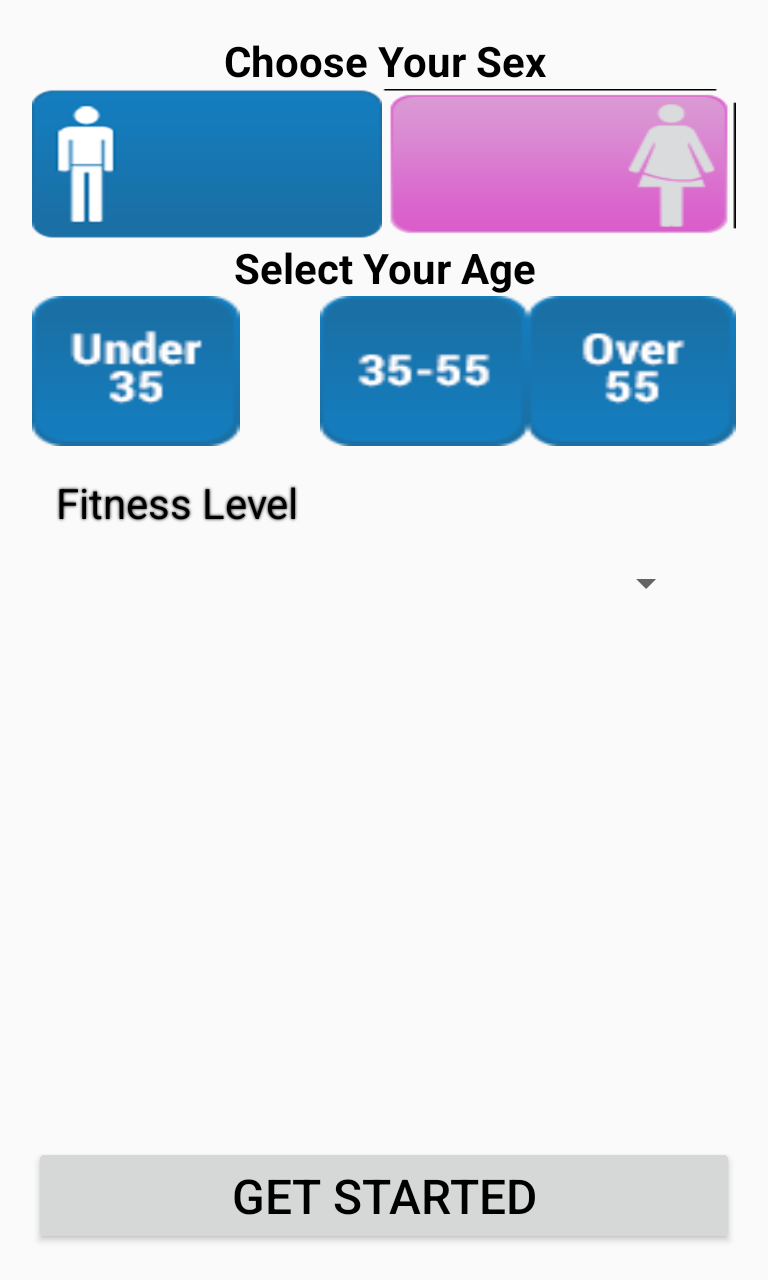
Repository: hackathon-2014/devdroid-repo
Layout: HealthyCompetition/res/layout/profile.xml
An editor plug-in stored every save of this project. The layout is shown before and after the next save, followed by the edit.
It is drawn on a 768 x 1280 px phone screen (xhdpi) without system bars, with theme AppTheme; the app's code is not run.

Above is the layout before, as saved 2014-08-24 00:53:08.

### HealthyCompetition/res/layout/profile.xml
<RelativeLayout xmlns:android="http://schemas.android.com/apk/res/android"
    xmlns:tools="http://schemas.android.com/tools"
    android:layout_width="match_parent"
    android:layout_height="match_parent"
    android:orientation="vertical"
    android:paddingBottom="@dimen/activity_vertical_margin"
    android:paddingLeft="@dimen/activity_horizontal_margin"
    android:paddingRight="@dimen/activity_horizontal_margin"
    android:paddingTop="@dimen/activity_vertical_margin"
    tools:context="com.devdroid.healthycomptest.Profile" >

    <TextView
        android:id="@+id/sex_title"
        android:layout_width="match_parent"
        android:layout_height="wrap_content"
        android:layout_centerHorizontal="true"
        android:gravity="center"
        android:text="Choose Your Sex"
        android:textColor="@color/black"
        android:textSize="21sp"
        android:textStyle="bold" />

    <LinearLayout
        android:id="@+id/sex_strip"
        android:layout_width="fill_parent"
        android:layout_height="wrap_content"
        android:layout_below="@+id/sex_title"
        android:orientation="horizontal" >

        <ImageButton
            android:id="@+id/male_button"
            android:layout_width="wrap_content"
            android:layout_height="75dp"
            android:layout_weight="1"
            android:background="@drawable/male_button" />

        <ImageButton
            android:id="@+id/female_button"
            android:layout_width="wrap_content"
            android:layout_height="75dp"
            android:layout_weight="1"
            android:background="@drawable/female_button_inactive9" />
    </LinearLayout>

    <TextView
        android:id="@+id/age_title"
        android:layout_width="match_parent"
        android:layout_height="wrap_content"
        android:layout_below="@+id/sex_strip"
        android:layout_centerHorizontal="true"
        android:gravity="center"
        android:text="Select Your Age"
        android:textColor="@color/black"
        android:textSize="21sp"
        android:textStyle="bold" />

    <LinearLayout
        android:id="@+id/age_strip"
        android:layout_width="fill_parent"
        android:layout_height="wrap_content"
        android:layout_below="@+id/age_title"
        android:orientation="horizontal"
         >

        <ImageButton
            android:id="@+id/low_age_button"
            android:layout_width="wrap_content"
            android:layout_height="75dp"
            android:layout_weight="1"
            android:layout_marginRight="40dp"
            android:background="@drawable/under35selected" />

        <ImageButton
            android:id="@+id/mid_age_button"
            android:layout_width="wrap_content"
            android:layout_height="75dp"
            android:layout_weight="1"
            android:background="@drawable/to55selected"/>

        <ImageButton
            android:id="@+id/high_age_button"
            android:layout_width="wrap_content"
            android:layout_height="75dp"
            android:layout_weight="1"
            android:background="@drawable/over55selected" />
    </LinearLayout>

   <LinearLayout
        android:id="@+id/fitnessLevelLayout"
        android:layout_width="match_parent"
        android:layout_height="wrap_content"
        android:layout_below="@+id/age_strip"
        android:layout_marginBottom="14dp"
        android:layout_marginLeft="12dp"
        android:layout_marginTop="14dp" >

        <TextView
            android:id="@+id/fitness_level"
            android:layout_width="wrap_content"
            android:layout_height="wrap_content"
            android:shadowColor="@color/black"
            android:shadowDx="0.0"
            android:shadowDy="0.0"
            android:shadowRadius="2.0"
            android:layout_gravity="center"
            android:text="Fitness Level"
            android:textColor="@color/black"
            android:textSize="21sp" />
    </LinearLayout>

    <Spinner
        android:id="@+id/fitnessSpinner"
        android:layout_width="match_parent"
        android:layout_height="wrap_content"
        android:layout_below="@+id/fitnessLevelLayout"
        android:layout_marginLeft="21dp"
        android:layout_marginRight="21dp"
        android:gravity="center"
        android:textSize="21sp" />

    <Button
        android:id="@+id/finalize_profile"
        android:layout_width="match_parent"
        android:layout_height="wrap_content"
        android:layout_alignParentBottom="true"
        android:text="Get Started"
        android:textColor="@color/black"
        android:textSize="24sp" />

</RelativeLayout>

### HealthyCompetition/res/values/color.xml
<?xml version="1.0" encoding="utf-8"?>
<resources>

    <color name="light_red">#C7282E</color>
    <color name="black">#000000</color>
    <color name="green">#00FF00</color>
    <color name="white">#FFFFFF</color>
    <color name="light_black">#101010</color>
    <color name="dark_gray">#303030</color>
    <color name="orange">#FFA114</color>
    <color name="dark_blue">#0F0CE8</color>
    <color name="med_blue">#007ACC</color>
    <color name="silver">#C2D6D6</color>
    <color name="gray">#999966</color>
    <color name="blue">#66FFFF</color>
    <color name="red">#FF0000</color>
    <color name="clear">#0000</color>
    <color name="clear_gray">#DD000000</color>

</resources>

Loaded but not shown: HealthyCompetition/res/values/styles.xml (common file); HealthyCompetition/res/values-v11/styles.xml (common file); HealthyCompetition/res/values-v14/styles.xml (common file); HealthyCompetition/res/values/dimens.xml (common file); HealthyCompetition/res/values-w820dp/dimens.xml (common file)

After the next save:
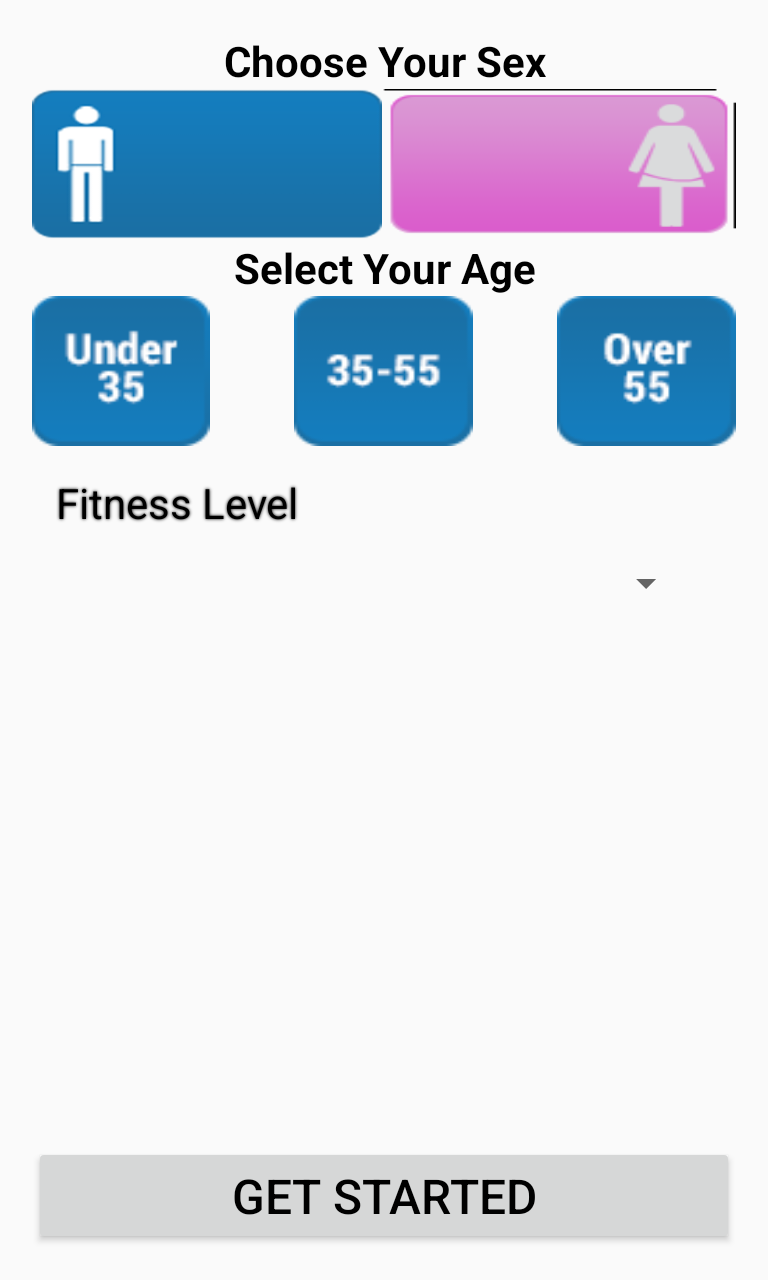
Saved 37 s later.
--- a/HealthyCompetition/res/layout/profile.xml
+++ b/HealthyCompetition/res/layout/profile.xml
@@ -75,6 +75,8 @@
             android:layout_width="wrap_content"
             android:layout_height="75dp"
             android:layout_weight="1"
+            android:layout_marginLeft="2dp"
+            android:layout_marginRight="2dp"
             android:background="@drawable/to55selected"/>
 
         <ImageButton
@@ -82,6 +84,7 @@
             android:layout_width="wrap_content"
             android:layout_height="75dp"
             android:layout_weight="1"
+            android:layout_marginLeft="40dp"
             android:background="@drawable/over55selected" />
     </LinearLayout>
 
